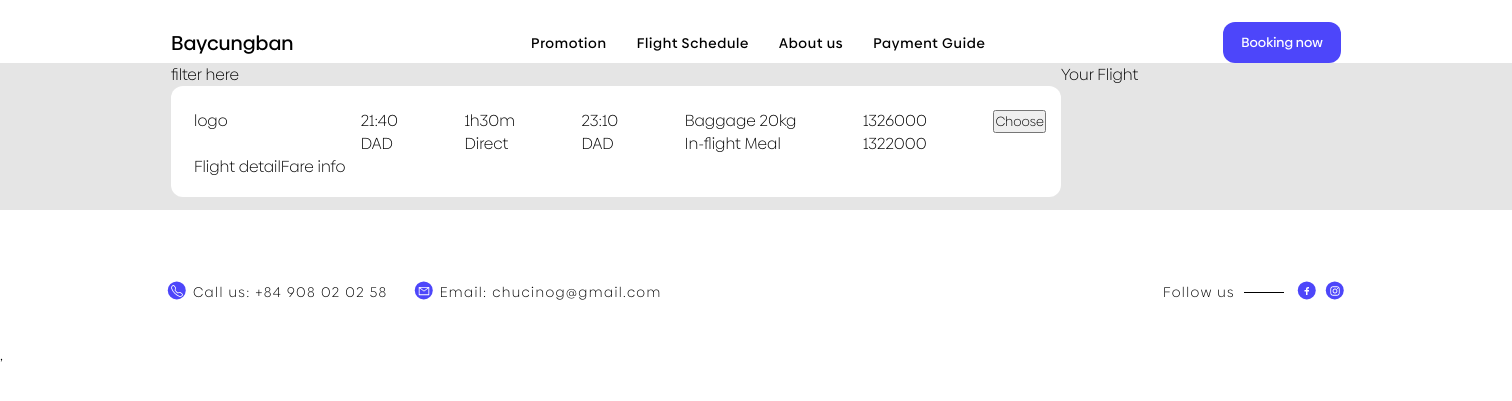
Repository: pinocoding/my-flying
Page: /list (app in my-flying/)
The author's editor kept a copy of each file at every save. The page is drawn from the files as they stood at one save, then again after the next save.
The browser window is 1280 px wide. The page is 1512 px wide, so the pictures cover 1512 px, including what lies to the right of the window. The pictures show the whole page.
The project was rebuilt for these pictures with package versions that can differ from the ones it lists, and the page was loaded fresh each time. Also part of the build but not shown: my-flying/src/components/InDecreaBtn/InDecreaBtn.js, my-flying/src/components/TravelBooking/TravelBooking.css, my-flying/src/components/TravelBooking/TravelBooking.js, my-flying/src/components/home/Home.css, my-flying/src/components/home/Home.js. Imported but missing from the stored project, and not drawn on this page: my-flying/src/reportWebVitals.

Above is the page before, as saved 2022-09-09 17:04:49.

### my-flying/src/index.js
import React from "react";
import ReactDOM from "react-dom/client";
import "./index.css";
import App from "./App";
import reportWebVitals from "./reportWebVitals";
import "./font/SVN-Biennale/Biennale-Bold.otf";
const root = ReactDOM.createRoot(document.getElementById("root"));
root.render(
  <React.StrictMode>
    <App />
  </React.StrictMode>
);

// If you want to start measuring performance in your app, pass a function
// to log results (for example: reportWebVitals(console.log))
// or send to an analytics endpoint. Learn more: https://bit.ly/CRA-vitals
reportWebVitals();

### my-flying/src/index.css
@font-face {
  font-family: "SVN-Biennale";
  src: local("SVN-Biennale"),
    url("./font/SVN-Biennale/Biennale-Light.otf") format("opentype");

  font-weight: 400;
}

@font-face {
  font-family: "SVN-Biennale";
  src: local("SVN-Biennale"),
    url("./font/SVN-Biennale/Biennale-Medium.otf") format("opentype");

  font-weight: 600;
}

### my-flying/src/App.js
import React from "react";

import { render } from "react-dom";
import { BrowserRouter, Routes, Route } from "react-router-dom";
import Home from "../src/components/Home/Home";
import List from "./components/List/List";
import "./App.css";
function App() {
  return (
    <div className="App">
      <BrowserRouter>
        <Routes>
          <Route path="/" element={<Home />} />
          <Route path="/list" element={<List />} />
        </Routes>
      </BrowserRouter>
      ,
    </div>
  );
}

export default App;

### my-flying/src/components/List/List.js
import React from "react";
import Header from "../Header/Header";
import Footer from "../Footer/Footer";
import "./List.css";
import FlightInfor from "../FlightsInfor/FlightInfor";
function List() {
  return (
    <div className="list">
      <Header />

      <div className="list-container">
        <div className="list-infor">
          {" "}
          <div className="list-filter">filter here</div>
          <div className="list-row">
            <FlightInfor />
          </div>
        </div>

        <div className="list-userFlight">Your Flight</div>
      </div>
      <Footer />
    </div>
  );
}

export default List;

### my-flying/src/App.css
* {
  box-sizing: border-box;
  margin: 0;
  padding: 0;
  scroll-behavior: smooth;
  font-family: "SVN-Biennale", Courier, monospace;
}
.App {
  width: 1512px;
  margin: 0 auto;
}

### my-flying/src/components/Header/Header.js
import React from "react";
import "./Header.css";

function Header() {
  return (
    <div className="header">
      <div className="header-logo">
        <div className="header-logo-name">Baycungban</div>
        {/* <div>img</div>
        <div>img</div> */}
      </div>

      <ul className="header-nav">
        <li>
          <a href="/#">Promotion</a>
        </li>
        <li>
          <a href="/flight-schedule">Flight Schedule</a>
        </li>
        <li>
          <a href="/#">About us</a>
        </li>
        <li>
          <a href="/#">Payment Guide</a>
        </li>
      </ul>

      <button className="header-booking">Booking now</button>
    </div>
  );
}

export default Header;

### my-flying/src/components/Footer/Footer.js
import React from "react";
import { BsTelephone } from "react-icons/bs";
import { AiOutlineMail, AiOutlineInstagram } from "react-icons/ai";
import { TiSocialFacebook } from "react-icons/ti";
import "./Footer.css";
function Footer() {
  return (
    <div className="footer">
      <ul>
        <li>
          <a href="/#" className="footer-link">
            <BsTelephone className="footer-icon" />
          </a>
          <span>Call us: +84 908 02 02 58</span>
        </li>

        <li>
          <a href="/#" className="footer-link">
            <AiOutlineMail className="footer-icon" />
          </a>
          <span>Email: chucinog@gmail.com</span>
        </li>
      </ul>

      <div>
        <span className="footer-follow">Follow us</span>
        <a href="/#" className="footer-link footer-facebook">
          <TiSocialFacebook className="footer-icon" />
        </a>
        <a href="/#" className="footer-link">
          <AiOutlineInstagram className="footer-icon" />
        </a>
      </div>
    </div>
  );
}

export default Footer;

### my-flying/src/components/List/List.css
.list-container {
  display: flex;

  background-color: #e5e5e5;
  padding: 0 171px 0 171px;
}

.list-row {
  width: 890px;
  height: 124px;
  border-radius: 12px;
}

### my-flying/src/components/FlightsInfor/FlightInfor.js
import React from "react";
import "./FlightInfor.css";

function FlightInfor() {
  return (
    <div className="flight-container">
      <ul className="flight-list">
        <li>logo</li>
        <li className="flight-name"></li>
        <li className="flight-time">
          <p>21:40</p>
          <p>DAD</p>
        </li>

        <li className="flight-direc">
          <p>1h30m</p>
          <p></p>
          <p>Direct</p>
        </li>
        <li className="flight-time">
          <p>23:10</p>
          <p>DAD</p>
        </li>

        <li className="flight-meal">
          <p>Baggage 20kg </p>
          <p>In-flight Meal </p>
        </li>

        <li className="flight-price">
          <p>1326000</p>
          <p>1322000</p>
        </li>
        <li className="flight-choose">
          <button>Choose</button>
        </li>
      </ul>

      <ul>
        <li>Flight detail</li>
        <li>Fare info</li>
      </ul>
    </div>
  );
}

export default FlightInfor;

### my-flying/src/components/Header/Header.css
.header {
  display: flex;
  justify-content: space-between;
  text-align: center;
  padding: 22px 171px 0 171px;
}
.header-logo {
  display: flex;
}
.header-logo-name {
  font-weight: 600;
  font-size: 20px;
  align-items: center;
  display: flex;
}
.header-nav {
  display: flex;
  list-style: none;
  justify-content: space-between;
  gap: 0 30px;
  align-items: center;
}
.header-nav li a {
  color: rgba(0, 0, 0, 1);
  text-decoration: none;
  font-family: "SVN-Biennale";
  font-style: normal;
  font-weight: 600;
  font-size: 14px;
  line-height: 21px;

  text-align: center;
  letter-spacing: 0.05em;
}
.header-booking {
  background-color: rgba(77, 70, 250, 1);
  color: white;
  height: 41px;
  width: 118px;
  left: 1223px;
  top: 38px;
  border-radius: 12px;
  padding: 10px 16px 10px 16px;
  border: none;
  cursor: pointer;
  font-weight: 600;
}

### my-flying/src/components/Footer/Footer.css
.footer {
  display: flex;
  justify-content: space-between;
  text-align: center;
  width: 100%;
  padding: 70px 171px 40px 171px;
}
.footer ul {
  list-style: none;
  display: flex;
  gap: 0 30px;
}
.footer-link {
  position: relative;
}
.footer-icon {
  color: white;
  font-size: 12px;
}

.footer-link:after {
  content: "";
  position: absolute;
  top: 0;
  left: 0;
  width: 18px;
  height: 18px;
  border-radius: 50%;
  transform: translate(-18%, 8%);
  background-color: #4d46fa;

  z-index: -1;
}
.footer ul li span {
  padding-left: 10px;
  font-family: "SVN-Biennale";
  font-style: normal;
  font-weight: 400;
  font-size: 14px;
  line-height: 21px;
  /* identical to box height */

  letter-spacing: 0.1em;

  color: #000000;
}
.footer-follow {
  width: 72px;
  height: 21px;
  font-family: "SVN-Biennale";
  font-style: normal;
  font-weight: 400;
  font-size: 14px;
  line-height: 21px;
  /* identical to box height */

  letter-spacing: 0.1em;

  color: #000000;

  position: relative;
  margin-right: 50px;
}

.footer-follow:after {
  content: "";
  position: absolute;
  top: 50%;
  right: 0;
  width: 40px;
  height: 1px;
  left: 81px;
  background-color: black;

  z-index: -1;
}
.footer-facebook {
  margin: 0 16px 0 16px;
}

### my-flying/src/components/FlightsInfor/FlightInfor.css
.flight-container {
  width: 100%;
  background: #ffffff;
  border-radius: 12px;
  padding: 23px 15px 19px 23px;
}

.flight-container .flight-list {
  list-style: none;
  display: flex;
  justify-content: space-between;
}

.flight-container ul {
  list-style: none;
  display: flex;
}
.flight-choose button {
}

After the next save:
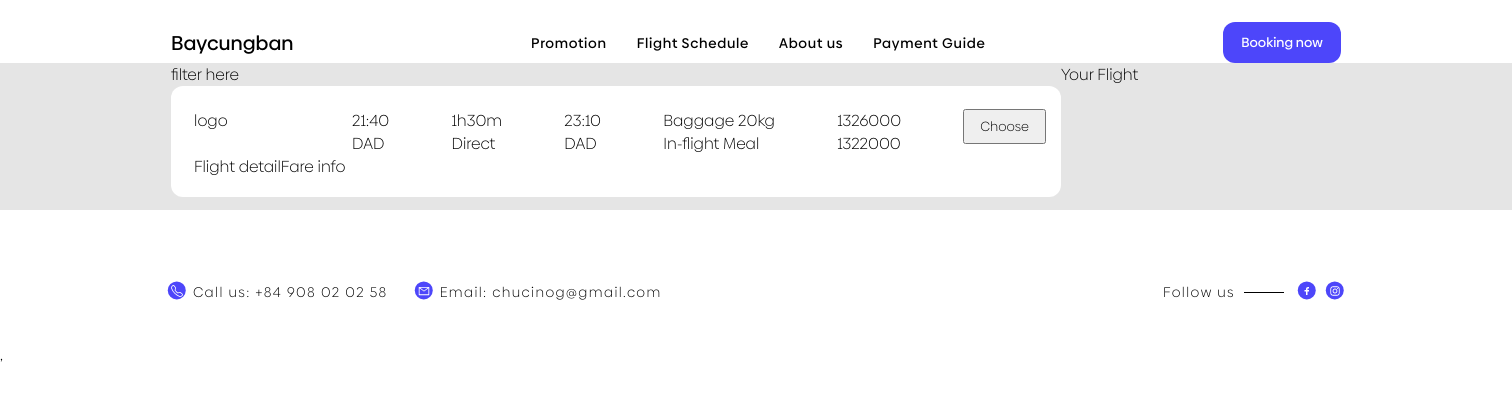
Saved 5 s later.
--- a/my-flying/src/components/FlightsInfor/FlightInfor.css
+++ b/my-flying/src/components/FlightsInfor/FlightInfor.css
@@ -16,4 +16,5 @@
   display: flex;
 }
 .flight-choose button {
+  padding: 6px 15px;
 }
